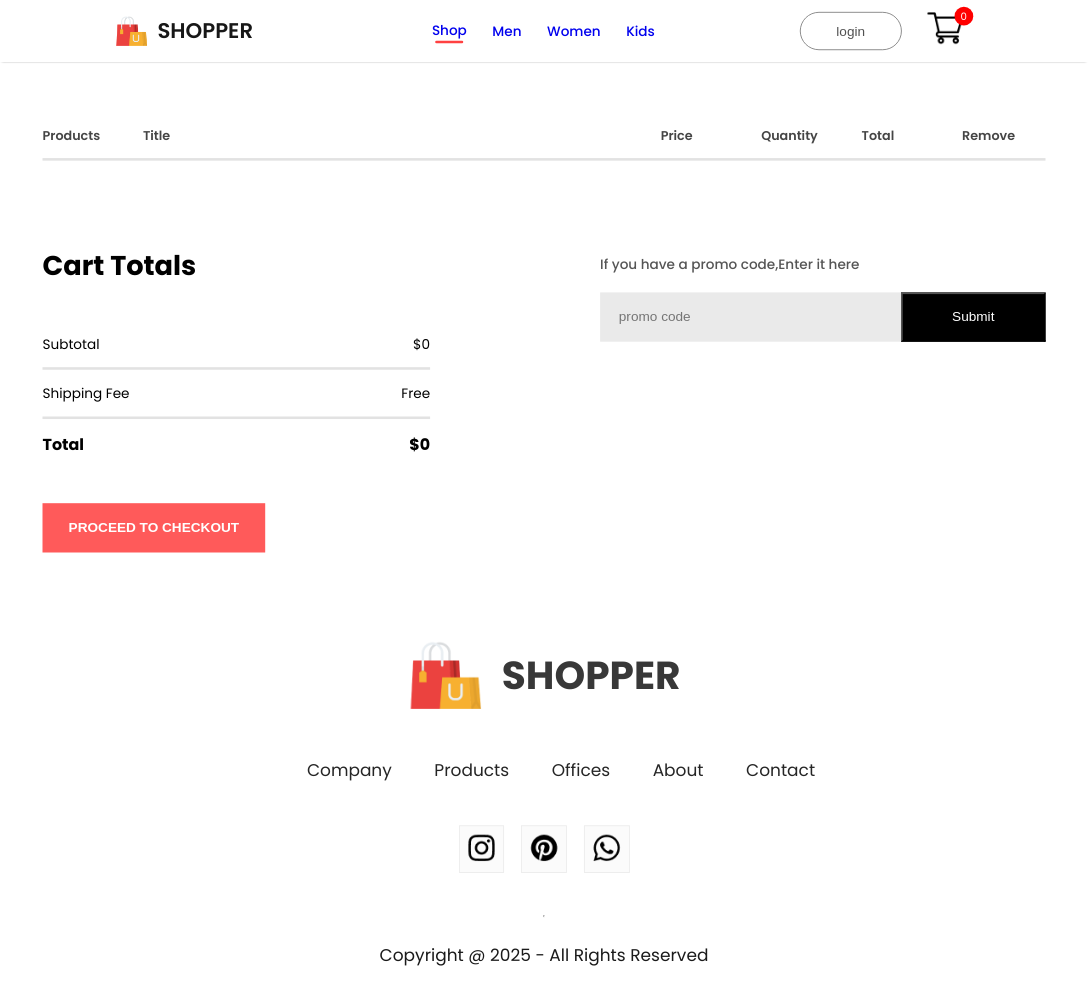
Repository: PayalJakhar/Shoppers-E-commerce-Website
Page: /cart (app in frontend/)
An editor plug-in stored every save of this project. The page is shown before and after a run of saves, followed by the edit.
The browser window is 1280 px wide. The pictures show the whole page, at 85% of full size.
The project was rebuilt for these pictures with package versions that can differ from the ones it lists, and the page was loaded fresh each time. Also part of the build but not shown: frontend/src/App.css, frontend/src/Components/Hero/Hero.css, frontend/src/Components/Hero/Hero.jsx, frontend/src/Components/Popular/Popular.css, frontend/src/Components/Assets/Frontend_Assets/data.js, frontend/src/Components/Item/Item.css, frontend/src/Components/Item/Item.jsx, frontend/src/Components/Popular/Popular.jsx and 21 more.

Above is the page before, as saved 2025-01-17 19:21:43.

### frontend/src/index.js
import React from 'react';
import ReactDOM from 'react-dom/client';
import './index.css';
import App from './App';
import reportWebVitals from './reportWebVitals';
import ShopContextProvider from './Context/ShopContext';

const root = ReactDOM.createRoot(document.getElementById('root'));
root.render(
  <ShopContextProvider>
  <React.StrictMode>
    <App />
  </React.StrictMode>
  </ShopContextProvider>
);

// If you want to start measuring performance in your app, pass a function
// to log results (for example: reportWebVitals(console.log))
// or send to an analytics endpoint. Learn more: https://bit.ly/CRA-vitals
reportWebVitals();

### frontend/src/index.css
*{
  margin:0;
}
body {
  margin: 0;
  font-family: -apple-system, BlinkMacSystemFont, 'Segoe UI', 'Roboto', 'Oxygen',
    'Ubuntu', 'Cantarell', 'Fira Sans', 'Droid Sans', 'Helvetica Neue',
    sans-serif;
  -webkit-font-smoothing: antialiased;
  -moz-osx-font-smoothing: grayscale;
  font-family:'poppins';
}

code {
  font-family: source-code-pro, Menlo, Monaco, Consolas, 'Courier New',
    monospace;
}

### frontend/src/App.js
import './App.css';
import Navbar from './Components/Navbar/Navbar';
import Shop from './Pages/Shop';
import ShopCategory from './Pages/ShopCategory';
import Product from './Pages/Product';
import Cart from './Pages/Cart';
import LoginSignup from './Pages/LoginSignup';
import { BrowserRouter as Router, Routes, Route } from "react-router-dom";
import Footer from './Components/Footer/Footer'
import men_banner from './Components/Assets/Frontend_Assets/banner_mens.png'
import women_banner from './Components/Assets/Frontend_Assets/banner_women.png'
import kid_banner from './Components/Assets/Frontend_Assets/banner_kids.png'
function App() {
  return (
    <div>
      <Router>
        <Navbar />
        <Routes>
          <Route exact path="/" element={<Shop/>} />
          <Route exact path="/mens" element={<ShopCategory banner={men_banner} category="men" />} />
          <Route exact path="/women" element={<ShopCategory banner={women_banner} category="women" />} />
          <Route exact path="/kids" element={<ShopCategory banner={kid_banner} category="kid" />} />
          <Route exact path="/product/:productID" element={<Product />} />
          <Route exact path="/cart" element={<Cart />} />
          <Route exact path="/login" element={<LoginSignup />} />
        </Routes>
        <Footer/>
      </Router>
    </div>
  );
}

export default App;

### frontend/src/Context/ShopContext.jsx
import React, { createContext, useState } from "react";
import all_product from '../Components/Assets/Frontend_Assets/all_product';

export const ShopContext = createContext(null);

const getDefaultCart = () => {
    let cart = {};
    for (let index = 0; index < all_product.length; index++) {
        cart[index] = 0;
    }
    return cart;
}

const ShopContextProvider = (props) => {
    const [cartItems, setCartItems] = useState(getDefaultCart());

    const addToCart = (itemId) => {
        setCartItems((prev) => ({ ...prev, [itemId]: prev[itemId] + 1 }));
        console.log(cartItems);
    }

    const removeFromCart = (itemId) => {
        setCartItems((prev) => ({ ...prev, [itemId]: prev[itemId] - 1 }));
    }

    const getTotalCartAmount = () => {
        let totalAmount = 0;
        for (const item in cartItems) {
            if (cartItems[item] > 0) {
                let itemInfo = all_product.find((product) => product.id === Number(item));
                totalAmount += itemInfo.new_price * cartItems[item];
            }
        }
        return totalAmount;
    }

    const getTotalCartItems = () => {
        let totalItem = 0;
        for (const item in cartItems) {
            if (cartItems[item] > 0) {
                totalItem += cartItems[item];
            }
        }
        return totalItem;
    }

    const contextValue = { getTotalCartItems, getTotalCartAmount, all_product, cartItems, addToCart, removeFromCart };

    return (
        <ShopContext.Provider value={contextValue}>
            {props.children}
        </ShopContext.Provider>
    )
}

export default ShopContextProvider;

### frontend/src/Components/Navbar/Navbar.jsx
import React, { useContext, useState, useRef } from 'react';
import { Link } from 'react-router-dom';
import './Navbar.css';
import logo from '../Assets/Frontend_Assets/logo.png';
import cart_icon from '../Assets/Frontend_Assets/cart_icon.png';
import { ShopContext } from '../../Context/ShopContext';
import nav_dropdown from '../Assets/Frontend_Assets/nav_dropdown.png'

export default function Navbar() {
    const [menu, setMenu] = useState('shop');
    const {getTotalCartItems} = useContext(ShopContext);
    const menuRef = useRef();

    const dropdown_toggle = (e) =>{
        menuRef.current.classList.toggle('nav-menu-visible');
        e.target.classList.toggle('open');
    }


    return (
        <div className="navbar">
            <div className="nav-logo">
                <img src={logo} alt="" />
                <p> SHOPPER</p>
            </div>
            <img  className='nav-dropdown' onClick={dropdown_toggle} src={nav_dropdown} alt=""/>
            <ul ref={menuRef} className="nav-menu">
                <li onClick={() => { setMenu('shop') }}><Link style={{textDecoration:'none'}} to='/'>Shop</Link>{menu === 'shop' ? <hr /> : <></>}</li>
                <li onClick={() => { setMenu('mens') }}><Link style={{textDecoration:'none'}} to='/mens'>Men</Link>{menu === 'mens' ? <hr /> : <></>}</li>
                <li onClick={() => { setMenu('women') }}><Link style={{textDecoration:'none'}} to='/women'>Women</Link>{menu === 'women' ? <hr /> : <></>}</li>
                <li onClick={() => { setMenu('kids') }}><Link style={{textDecoration:'none'}} to='/kids'>Kids</Link>{menu === 'kids' ? <hr /> : <></>}</li>
            </ul>
            <div className="nav-login-cart">
                <Link style={{textDecoration:'none'}} to='/login'><button>login</button></Link>
                <Link style={{textDecoration:'none'}} to='/cart'><img src={cart_icon} alt="" /></Link>
                <div className="nav-cart-count">{getTotalCartItems()}</div>
            </div>
        </div>
    )
}

### frontend/src/Pages/Cart.jsx
import React from 'react'
import CartItems from '../Components/CartItems/CartItems'

export default function Cart() {
  return (
    <div>
      <CartItems/>
    </div>
  )
}

### frontend/src/Components/Footer/Footer.jsx
import React from 'react'
import './Footer.css'
import footer_logo from '../Assets/Frontend_Assets/logo_big.png'
import instagram_icon from '../Assets/Frontend_Assets/instagram_icon.png'
import pintester_icon from '../Assets/Frontend_Assets/pintester_icon.png'
import whatsapp_icon from '../Assets/Frontend_Assets/whatsapp_icon.png'
export default function Footer() {
  return (
    <div className='footer'>
        <div className="footer-logo">
            <img src={footer_logo} alt=""/>
            <p>SHOPPER</p>
        </div>
        <ul className="footer-links">
            <li>Company</li>
            <li>Products</li>
            <li>Offices</li>
            <li>About</li>
            <li>Contact</li>
        </ul>
        <div className="footer-social-icon">
            <div className="footer-icons-container">
                <img src={instagram_icon} alt=""/>
            </div>
            <div className="footer-icons-container">
                <img src={pintester_icon} alt=""/>
            </div>
            <div className="footer-icons-container">
                <img src={whatsapp_icon} alt=""/>
            </div>
        </div>
        <div className="footer-copyright">
            <hr/>
            <p>Copyright @ 2025 - All Rights Reserved</p>
        </div>
    </div>
  )
}

### frontend/src/Components/Navbar/Navbar.css
.navbar{
    display:flex;
    justify-content:space-around;
    padding:16px;
    box-shadow:0 1px 3px -2px black;
    align-items: center;
}

.nav-logo{
    display:flex;
    align-items:center;
    gap:10px;
}

.nav-logo p{
    color: #171717;
    font-size: 38px;
    font-weight:600;
}

.nav-menu{
    display:flex;
    align-items:center;
    list-style:none;
    gap:50px;
    color: #626262;
    font-size:20px;
    font-weight: 500;
}

.nav-menu li{
    display:flex;
    flex-direction:column;
    align-items:center;
    justify-content:center;
    cursor:pointer;
}

.nav-menu hr{
    border:none;
    width:80%;
    height:3px;
    border-radius:10px;
    background: #FF4141;
}

.nav-login-cart{
    display:flex;
    align-items:center;
    gap:45px;
}

.nav-login-cart button{
    width:157px;
    height:58px;
    outline:none;
    border:1px solid #7a7a7a;
    border-radius:75px;
    color:#515151;
    font-size:20px;
    font-weight:500;
    background:white;
    cursor:pointer;
}

.nav-login-cart button:hover{
    background:#f3f3f3;
}

.nav-cart-count{
    width:22px;
    height:22px;
    display:flex;
    justify-content:center;
    align-items:center;
    margin-top:-35px;
    margin-left:-55px;
    border-radius:11px;
    font-size:14px;
    background:red;
    color:white;
}

.nav-dropdown{
    display: none;
}

/* here we are making it responsive for max-width: 1280px */

@media(max-width: 1280px){
    .navbar{
        padding: 12px 50px;
    }

    .nav-logo img{
        width: 40px;
    }
    .nav-logo p{
        font-size: 25px;
    }
    .nav-menu{
        gap: 30px;
        font-size: 16px;
    }
    .nav-login-cart{
        gap: 30px;
    }
    .nav-login-cart button{
        width: 120px;
        height: 45px;
        font-size: 16px;
    }
    .nav-cart-count{
        margin-left: -40px;
        font-size: 12px;
    }
}

@media(max-width: 1024px){
    .navbar{
        padding: 12px 30px;
    }

    .nav-menu{
        gap: 25px;
        font-size: 14px;
    }
    .nav-login-cart button{
        width: 80px;
        height: 35px;
        font-size: 14px;
    }
    .nav-cart-count{
        width: 18px;
        height: 18px;
    }
    .nav-login-cart img{
        width: 30px;
    }
}

@media(max-width: 800px){
    .navbar{
        padding: 10px 0px;
    }

    .nav-dropdown{
        display: block;
        width: 30px;
        rotate: -90deg;
        transition: 0.5s;
    }
    .nav-menu{
        display: none;
        height: 80px;
        width: 100%;
        position: absolute;
        background-color: white;
        justify-content: center;
        top: 50px;
    }
    .nav-menu-visible{
        display: flex;
    }
    .nav-dropdown.open{
        transform: rotate(90deg);
    }
}


@media(max-width: 500px){
    .navbar{
        padding: 8px 0px;
        gap: 0;
    }

    .nav-logo{
       transform: scale(0.8);
    }
    .nav-menu{
        height: 70px;
        top: 50px;
        display: none;
    }
    .nav-login-cart{
        transform: scale(0.8);
    }
    .nav-menu-visible{
        display: flex;
    }
    .nav-dropdown.open{
        transform: rotate(90deg);
    }
}

### frontend/src/Components/CartItems/CartItems.jsx
import React, { useContext } from 'react';
import './CartItems.css';
import { ShopContext } from '../../Context/ShopContext';
import remove_icon from '../Assets/Frontend_Assets/cart_cross_icon.png';

const CartItems = () => {
    const {getTotalCartAmount,all_product,cartItems,removeFromCart}=useContext(ShopContext);
  return (
    <div className='cartitems'>
      <div className="cartitems-format-main">
        <p>Products</p>
        <p>Title</p>
        <p>Price</p>
        <p>Quantity</p>
        <p>Total</p>
        <p>Remove</p>
      </div>
      <hr />
      {all_product.map((e)=>{
            if(cartItems[e.id]>0){
                return  <div>
                            <div className="cartiitems-format cartitems-format-main">
                                <img src={e.image} alt="" className='carticon-product-icon'/>
                                <p>{e.name}</p>
                                <p>${e.new_price}</p>
                                <button className='cartitems-quantity'>{cartItems[e.id]}</button>
                                <p>${e.new_price*cartItems[e.id]}</p>
                                <img
                                className='cartitems-remove-icon' src={remove_icon} onClick={()=>{removeFromCart(e.id)}} alt="" />

                            </div>
                            <hr />
                        </div>
            }
            return null;
      })}
      <div className="cartitems-down">
        <div className="cartitems-total">
            <h1>Cart Totals</h1>
            <div>
                <div className="cartitems-total-item">
                    <p>Subtotal</p>
                    <p>${getTotalCartAmount()}</p>
                </div>
                <hr />
                <div className="cartitems-total-item">
                    <p>Shipping Fee</p>
                    <p>Free</p>
                </div>
                <hr />
                <div className="cartitems-total-item">
                    <h3>Total</h3>
                    <h3>${getTotalCartAmount()}</h3>
                </div>

            </div>
            <button>PROCEED TO CHECKOUT</button>
        </div>
        <div className="cartitems-promocode">
            <p>If you have a promo code,Enter it here</p>
            <div className="cartitems-promobox">
                <input type="text" placeholder='promo code' />
                <button>Submit</button>
            </div>
        </div>
      </div>

    </div>
  )
}

export default CartItems

### frontend/src/Components/Footer/Footer.css
.footer{
    display: flex;
    flex-direction: column;
    justify-content: center;
    align-items: center;
    gap: 50px;
}

.footer-logo{
    display: flex;
    align-items: center;
    gap: 20px;
}

.footer-logo p{
    color: #383838;
    font-size: 46px;
    font-weight: 700;

}

.footer-links{
    display: flex;
    list-style: none;
    gap: 50px;
    color: #252525;
    font-size: 20px;
}

.footer-links li{
    cursor: pointer;
}

.footer-social-icon{
    display: flex;
    gap: 20px;
}

.footer-icons-container{
    padding: 10px;
    padding-bottom:6px;
    background: #fbfbfb;
    border: 1px solid #ebebeb;
}

.footer-copyright{
    display: flex;
    flex-direction: column;
    align-items: center;
    gap: 30px;
    width: 100%;
    margin-bottom: 30px;
    color: #1a1a1a;
    font-size: 20px;
}

.footer-copyright r{
    width: 80%;
    border: none;
    border-radius: 10px;
    height: 3px;
    background: #c7c7c7;
}

@media(max-width: 800px){
    .footer{
        gap: 20px;
    }
    .footer-lgo{
        gap: 10px;
        align-items: end;
    }
    .footer-logo img{
        width: 40px;
    }
    .footer-logo p{
        font-size: 25px;
    }
    .footer-links{
        font-size: 14px;
        gap: 10px;
    }
    .footer-social-icon img{
        width: 22px;
    }
    .footer-copyright{
        font-size: 13px;
    }
}

### frontend/src/Components/CartItems/CartItems.css
.cartitems{
    margin: 100px 70px;
}
.cartitems hr{
    height: 3px;
    background: #e2e2e2;
    border: 0;
}
.cartitems-format-main{
    display: grid;
    grid-template-columns: 0.5fr 2fr 1fr 1fr 1fr 1fr;
    align-items: center;
    gap: 75px;
    padding: 20px 0px;
    color: #454545;
    font-size: 18px;
    font-weight: 600;

}
.cartiitems-format{
    font-size: 17px;
    font-weight: 500;
}
.carticon-product-icon{
    height: 62px;
}
.cartitems-remove-icon{
    width: 15px;
    margin: 0px 40px;
    cursor: pointer;
}
.cartitems-quantity{
    width: 64px;
    height: 50px;
    border: 2px solid #ebebeb;
    background: #fff;
}
.cartitems-down{
    display: flex;
    margin: 100px 0px;
}
.cartitems-total{
    flex: 1;
    display: flex;
    flex-direction: column;
    margin-right: 200px;
    gap: 40px;

}
.cartitems-total-item{
    display: flex;
    justify-content: space-between;
    padding: 15px 0px;
}
.cartitems-total button{
    width: 262px;
    height: 58px;
    outline: none;
    border: none;
    background: #ff5a5a;
    color:white;
    font-size: 16px;
    font-weight: 600;
    cursor: pointer;
}
.cartitems-promocode{
    flex:1;
    display: flex;
    flex-direction: column;
    font-weight: 500;

}
.cartitems-promocode p{
    color:#555;
    margin-top: 10px;
}
.cartitems-promobox{
    width: 504px;
    margin-top: 20px;
    padding-left: 20px;
    height: 58px;
    background: #eaeaea;
}
.cartitems-promobox input{
    border: none;
    outline: none;
    background: transparent;
    font-size: 16px;
    width: 330px;
    height: 50px;
}
.cartitems-promobox button{
    width: 170px;
    height: 58px;
    font-size: 16px;
    background: black;
    color: white;
    cursor: pointer;
}

@media(max-width:1280px){
    .cartitems{
        margin: 60px 50px;
    }

    .cartitems-format-main{
        grid-template-columns: 0.5fr 3fr 0.5fr 0.5fr 0.5fr 0.5fr;
        gap: 20px;
        padding: 15px 0px;
        font-size: 15px;
    }

    .carticon-product-icon{
        height: 50px;
    }

    .cartitems-remove-icon{
        margin: auto;
    }

    .cartitems-quantity{
        width: 40px;
        height: 30px;
    }

}

Loaded but not shown: frontend/public/index.html (common file); frontend/src/reportWebVitals.js (common file); frontend/src/Components/Assets/Frontend_Assets/all_product.js (329 lines, source omitted)

After the next 6 saves:
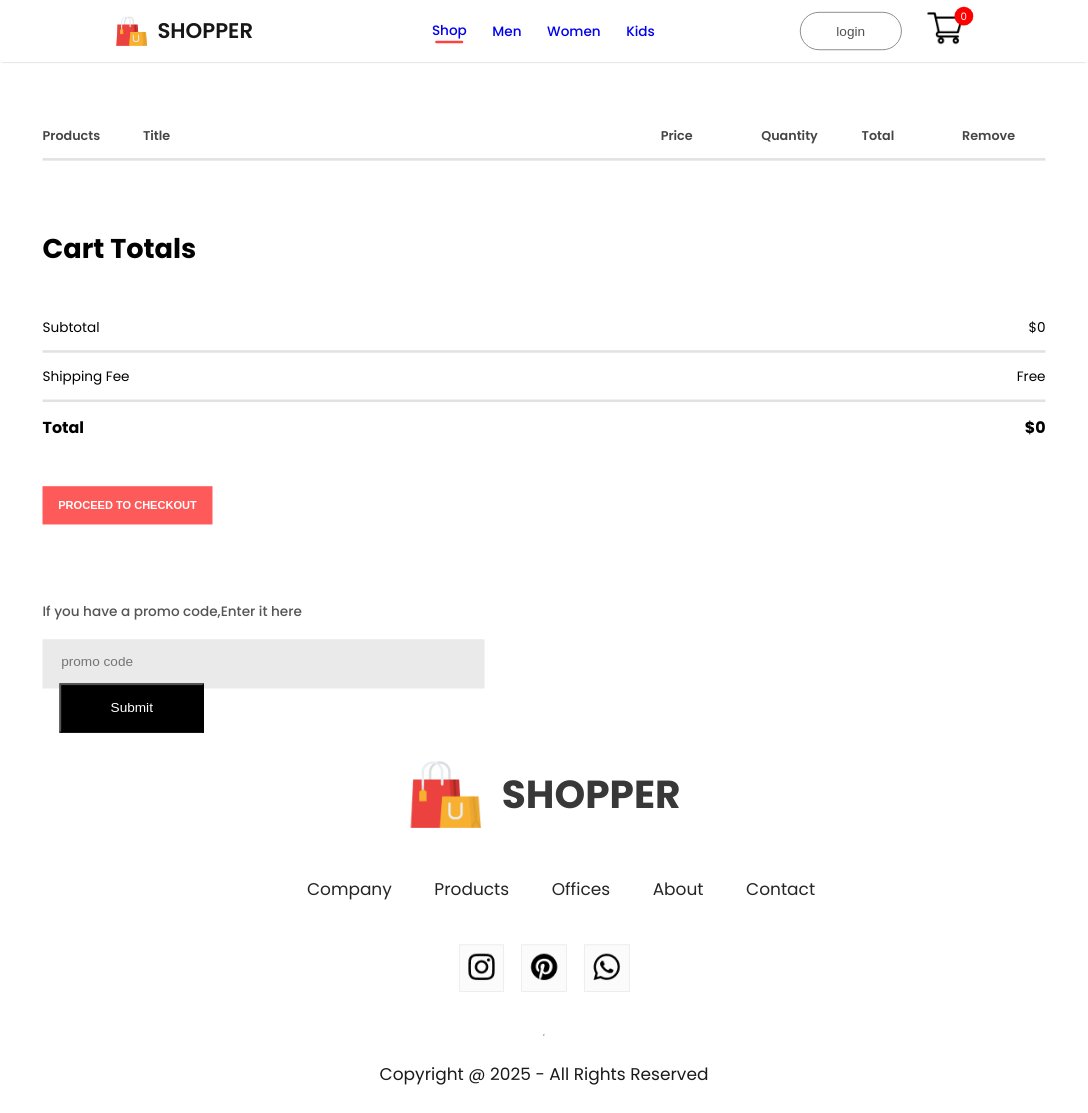
The 6 saves are shown as one change because they came seconds apart.
The last was saved 94 s later.
--- a/frontend/src/Components/CartItems/CartItems.css
+++ b/frontend/src/Components/CartItems/CartItems.css
@@ -123,4 +123,42 @@
         height: 30px;
     }
 
+    .cartitems-down{
+
+        margin: 80px 0px;
+
+        flex-direction: column;
+
+        gap: 80px;
+
+        .cartitems-total {
+
+        margin: 0;
+
+        }
+
+        .cartitems-total button{
+
+        max-width: 200px;
+
+        height: 45px;
+
+        font-size: 13px;
+
+        }
+
+        .cartitems-promobox{
+
+        width: auto;
+
+        max-width: 500px;
+
+        I
+
+        }
+
+        .cartitems-promobox input{
+            width: 100%;
+        }
+
 }
